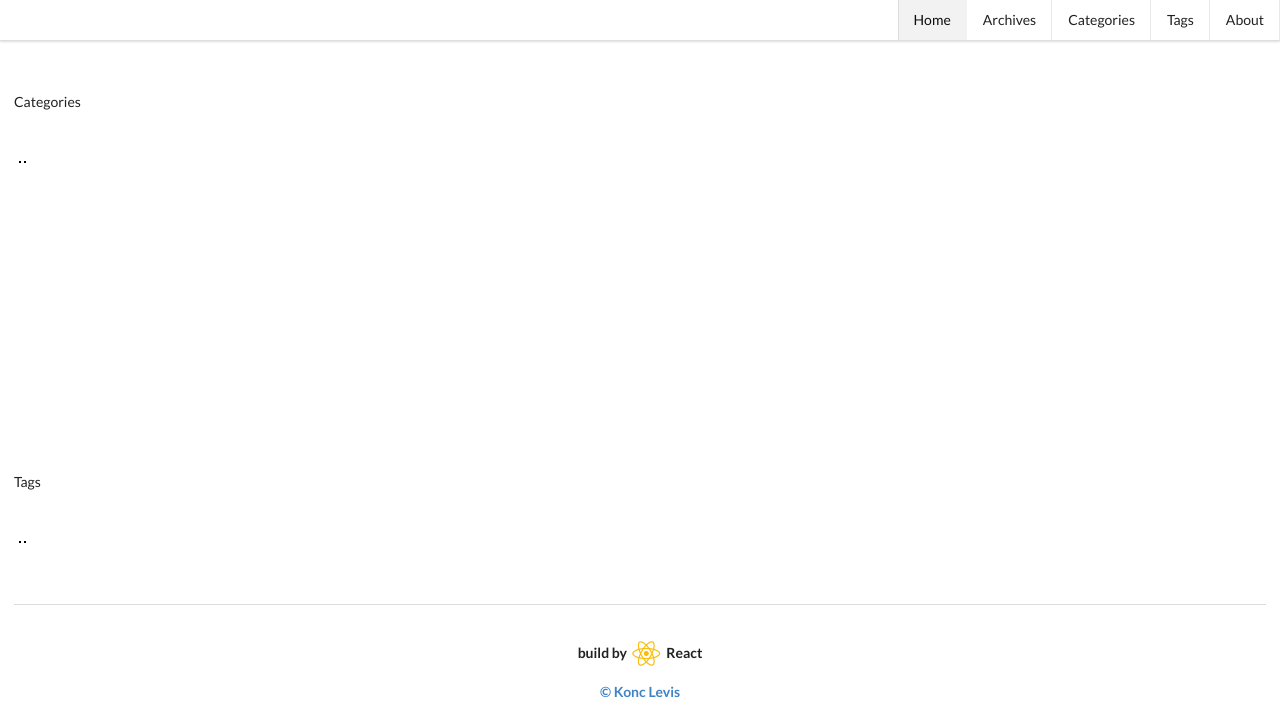
Repository: chu4j/my-spring-cloud-blog-frontend
Page: /
The author's editor kept a copy of each file at every save. The page is drawn from the files as they stood at one save, then again after the next save.
The browser window is 1280 px wide. The pictures show the whole page.
The page's requests for data from a server got no answer. The project was rebuilt for these pictures with package versions that can differ from the ones it lists, and the page was loaded fresh each time. No one was signed in, and anything a server would have sent is missing. Also part of the build but not shown: src/components/Categories.jsx, src/components/FocusContent.jsx, src/css/App.css, src/components/owner/LoginForm.jsx, src/components/Tags.jsx, src/components/Timeline.jsx, src/components/TimelineHome.jsx.

Above is the page before, as saved 2021-02-24 12:05:09.

After the next save:
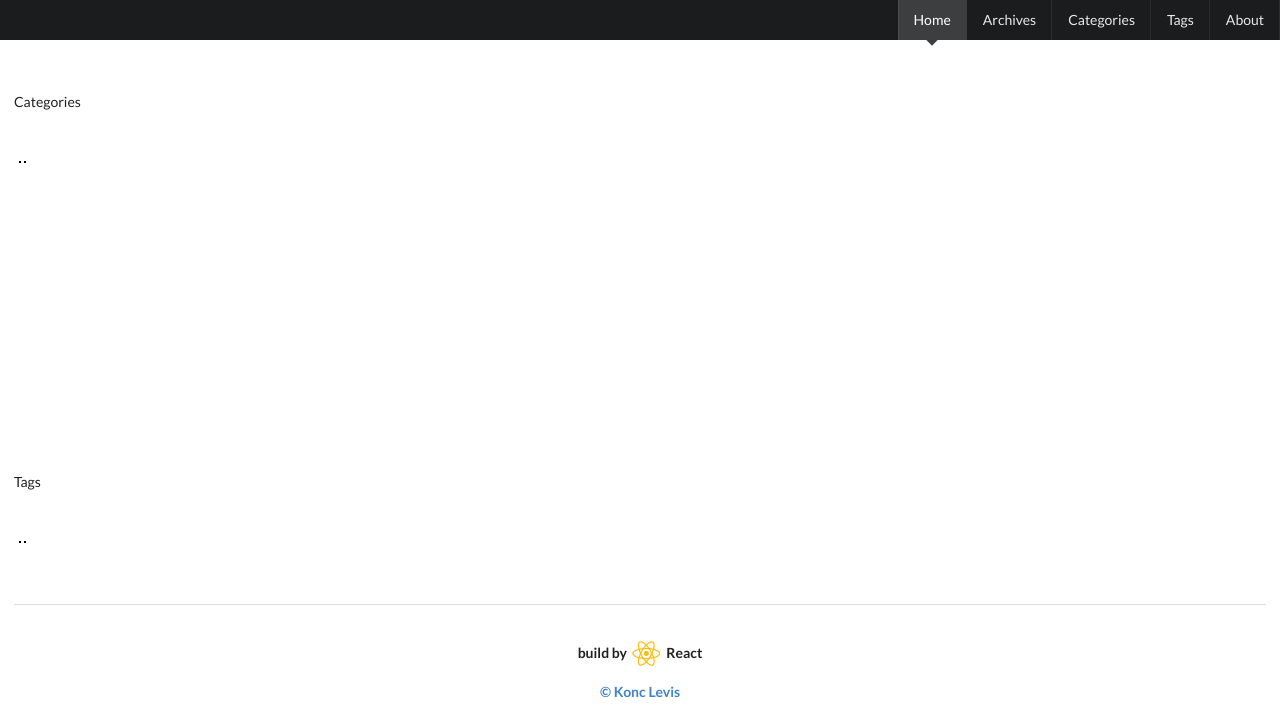
Saved 9 s later.
--- a/src/components/BlogHeader.jsx
+++ b/src/components/BlogHeader.jsx
@@ -19,7 +19,7 @@
     const { activeItem } = this.state;
     return (
       <Container fluid className="menu-container">
-        <Menu fixed="top">
+        <Menu fixed="top" pointing inverted>
           <Menu.Item
             as="a"
             name="home"

After the save that followed:
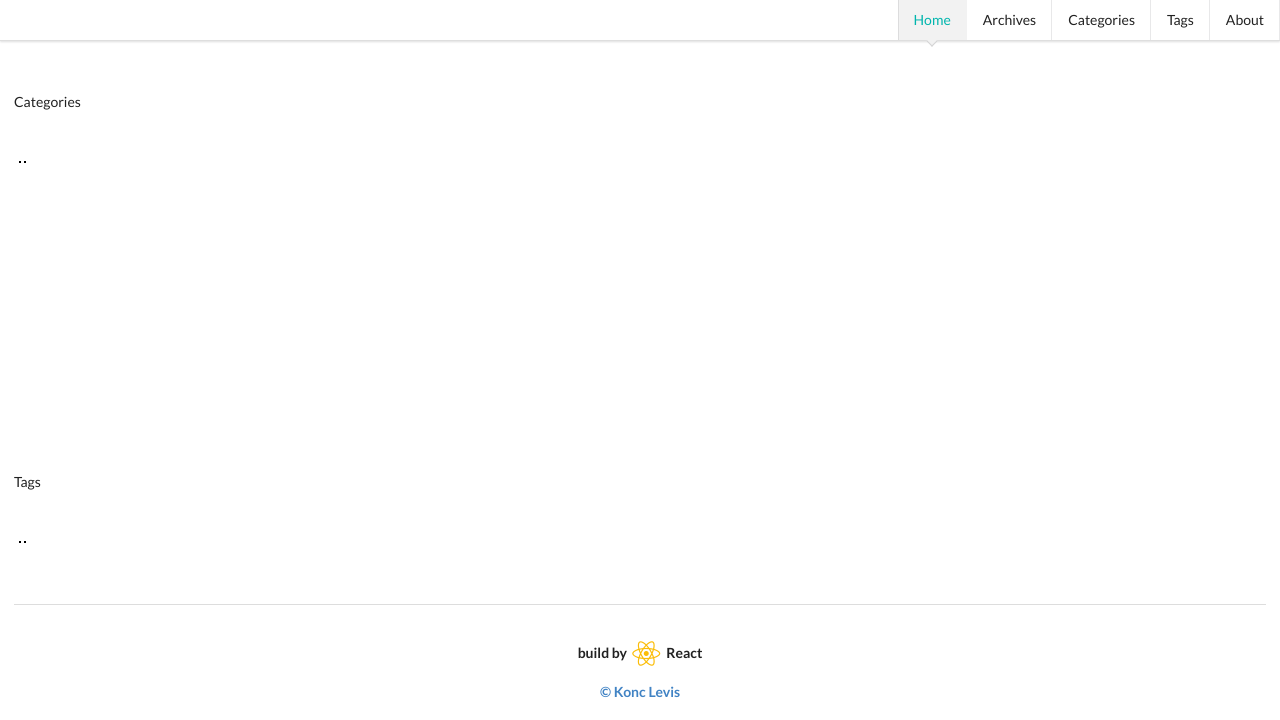
Saved 37 s later.
--- a/src/components/BlogHeader.jsx
+++ b/src/components/BlogHeader.jsx
@@ -19,7 +19,7 @@
     const { activeItem } = this.state;
     return (
       <Container fluid className="menu-container">
-        <Menu fixed="top" pointing inverted>
+        <Menu fixed="top" pointing color="teal">
           <Menu.Item
             as="a"
             name="home"
